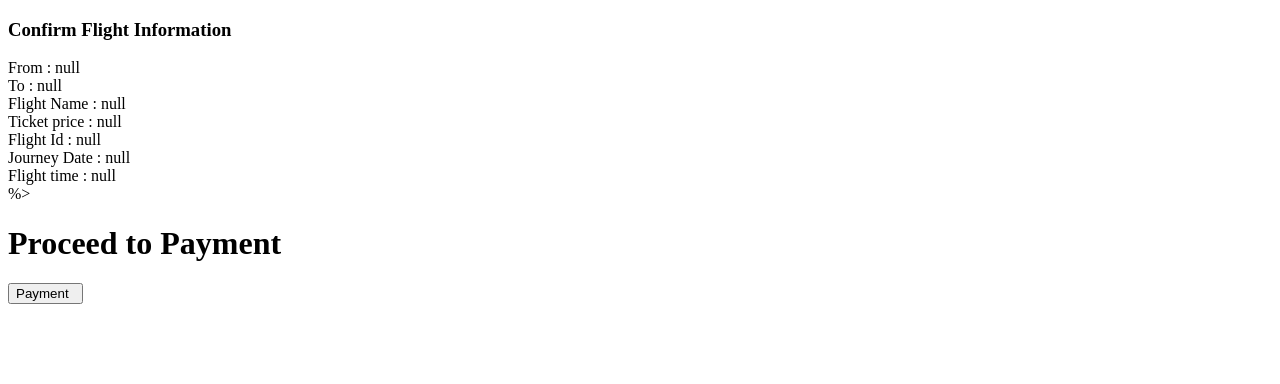
Repository: Shivani2392/FlyAwayProject
Page: http://localhost/FlightBookingPortal/BookFlight.jsp
These files come from the project's save history. The page is drawn as it stood at one moment and after the next save; the edit follows.
The browser window is 1280 px wide. The pictures show the whole page.
The page is served by Tomcat 9.

Above is the page before, as saved 2020-11-21 06:47:42.

After the next save:
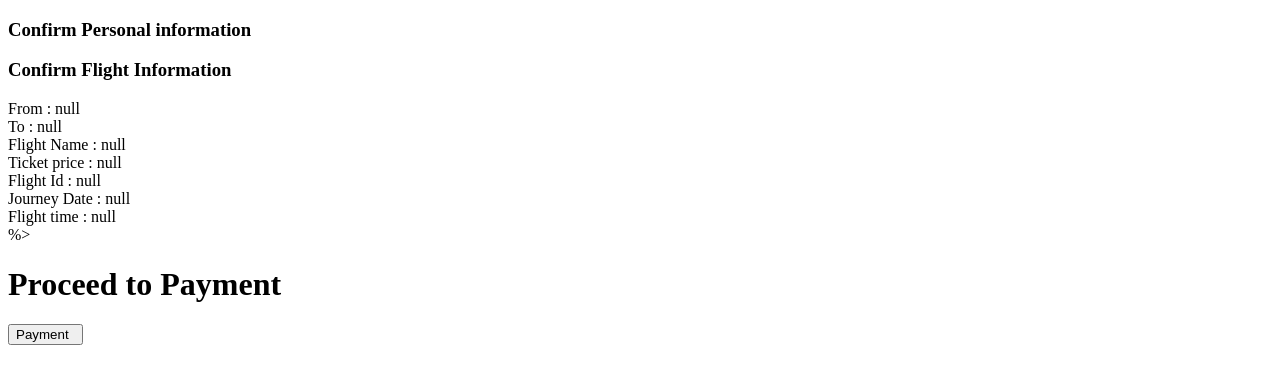
Saved 35 s later.
--- a/FlightBookingPortal/src/main/webapp/BookFlight.jsp
+++ b/FlightBookingPortal/src/main/webapp/BookFlight.jsp
@@ -7,6 +7,7 @@
 <title>Flight Details</title>
 </head>
 <body>
+<h3>Confirm Personal information</h3>
 <h3>Confirm Flight Information</h3>
 <%
 out.println("From : ");
